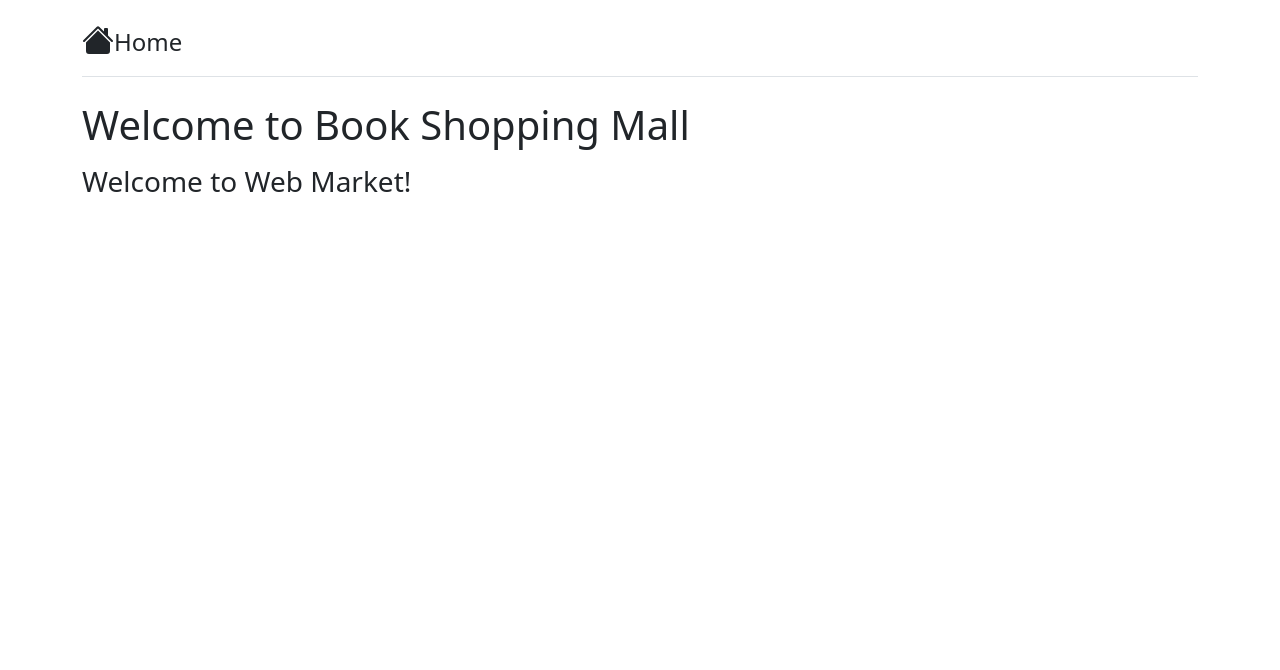
Repository: ezooo/JSP
Page: http://localhost/bookmarket/welcome.jsp
The author's editor kept a copy of each file at every save. The page is drawn from the files as they stood at one save, then again after the next save.
The browser window is 1280 px wide. The pictures show the whole page.
The page is served by Tomcat 9. Other server files are loaded and not shown.

Above is the page before, as saved 2024-10-08 02:33:43.

### bookmarket/src/main/webapp/welcome.jsp
<%@ page language="java" contentType="text/html; charset=UTF-8"
    pageEncoding="UTF-8"%>
<!DOCTYPE html>
<html>
<head>
	<link href="https://cdn.jsdelivr.net/npm/bootstrap@5.3.0-alpha1/dist/css/bootstrap.min.css" rel="stylesheet">
	<meta charset="UTF-8">
	<title>Welcome</title>
</head>

<body>
	<div class="container py-4">
		<header class="pb-3 mb-4 border-bottom">
			<a href="./welcome.jsp" class="d-flex aling-items-center text-dark text-decoration-none">
				<svg  width="32" height="32" fill="currentColor" class="bi bi-house-fill" viewBox="0 0 16 16">
              		<path d="M8.707 1.5a1 1 0 0 0-1.414 0L.646 8.146a.5.5 0 0 0 .708.708L8 2.207l6.646 6.647a.5.5 0 0 0 .708-.708L13 5.793V2.5a.5.5 0 0 0-.5-.5h-1a.5.5 0 0 0-.5.5v1.293L8.707 1.5Z"/>
              		<path d="m8 3.293 6 6V13.5a1.5 1.5 0 0 1-1.5 1.5h-9A1.5 1.5 0 0 1 2 13.5V9.293l6-6Z"/>
        		</svg>
        		<span class="fs-4">Home</span>
			</a>
		</header>

		<%!
			String greeting = "Welcome to Book Shopping Mall";
			String tagline = "Welcome to Web Market!";
		%>

		<div>
			<div>
				<h1><%= greeting %></h1>
				<p></p>
			</div>
		</div>

		<div>
			<div>
				<div>
					<h3><%= tagline %></h3>
				</div>
			</div>
		</div>

		<footer>
		</footer>
	</div>

</body>
</html>

After the next save:
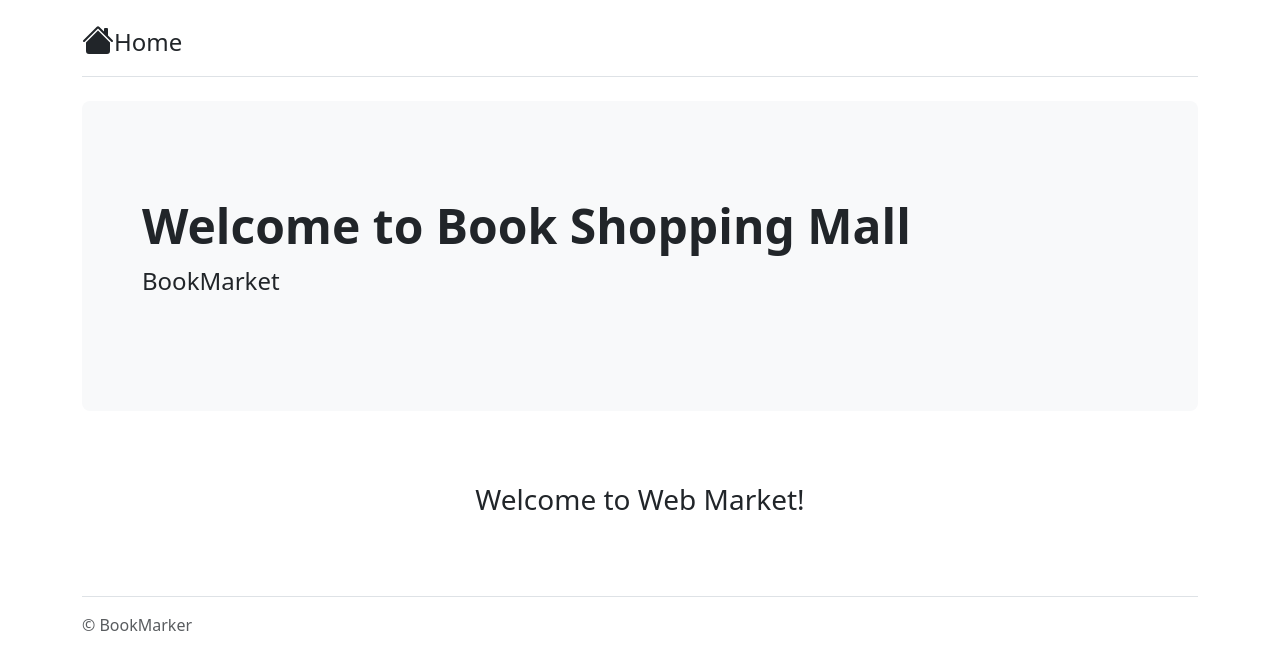
Saved 3 min 33 s later.
--- a/bookmarket/src/main/webapp/welcome.jsp
+++ b/bookmarket/src/main/webapp/welcome.jsp
@@ -25,22 +25,23 @@
 			String tagline = "Welcome to Web Market!";
 		%>
 
-		<div>
-			<div>
-				<h1><%= greeting %></h1>
-				<p></p>
+		<div class="p-5 mb-4 bg-body-tertiary rounded-3">
+			<div class="container-fluid py-5">
+				<h1 class="display-5 fw-bold"><%= greeting %></h1>
+				<p class="col-md-8 fs-4">BookMarket</p>
 			</div>
 		</div>
 
-		<div>
-			<div>
-				<div>
+		<div class="row align-items-md-stretch text-center">
+			<div class="col-md-12">
+				<div class="h-100 p-5">
 					<h3><%= tagline %></h3>
 				</div>
 			</div>
 		</div>
 
-		<footer>
+		<footer class="pt-3 mt-4 text-body-secondary border-top">
+			&copy; BookMarker
 		</footer>
 	</div>
 
